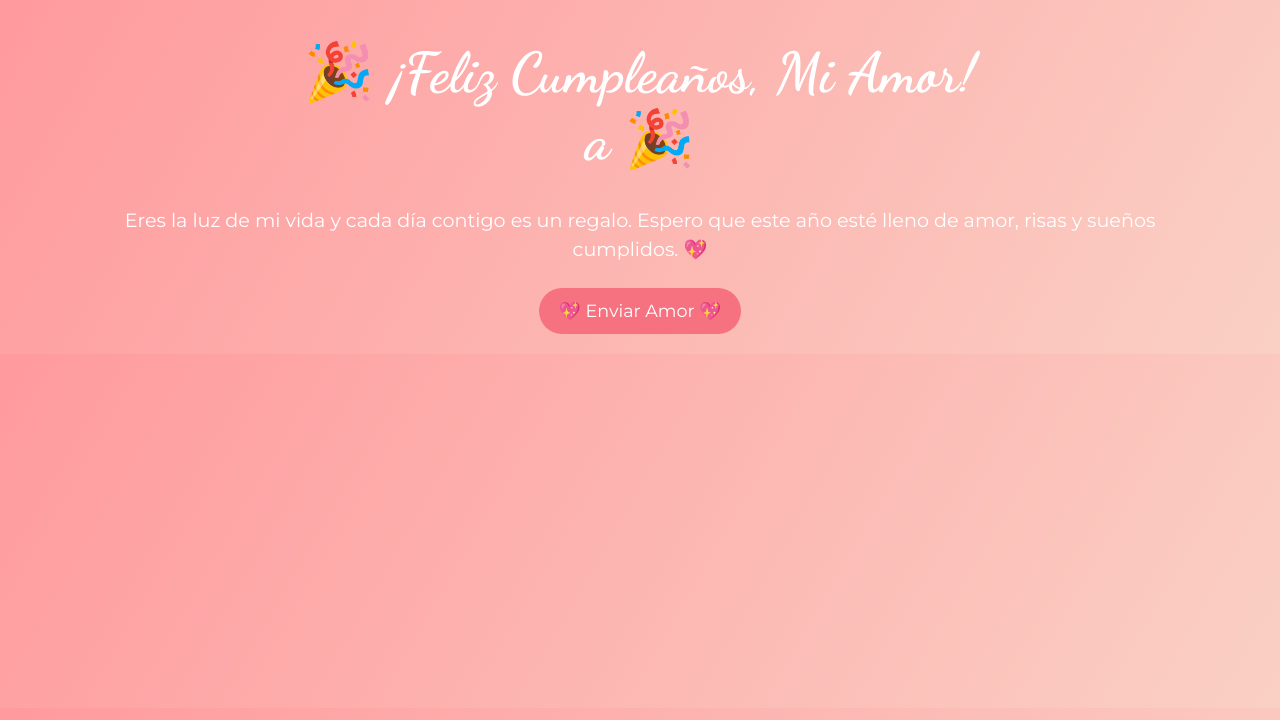
Repository: Jchimbo99/Esposa
Page: index.html
These files come from the project's save history. The page is drawn as it stood at one moment and after the next save; the edit follows.
The browser window is 1280 px wide. The pictures show the whole page.

Above is the page before, as saved 2025-01-24 09:26:14.

### index.html
<!DOCTYPE html>
<html lang="en">
<head>
    <meta charset="UTF-8">
    <meta name="viewport" content="width=device-width, initial-scale=1.0">
    <title>¡Feliz Cumpleaños, Amor!</title>
    <!-- Bootstrap CSS -->
    <link href="https://cdn.jsdelivr.net/npm/bootstrap@5.3.0-alpha3/dist/css/bootstrap.min.css" rel="stylesheet">
    <!-- Google Fonts -->
    <link href="https://fonts.googleapis.com/css2?family=Dancing+Script:wght@700&family=Montserrat:wght@400;700&display=swap" rel="stylesheet">
    <!-- Custom CSS -->
    <style>
        body {
            background: linear-gradient(120deg, #ff9a9e, #fad0c4);
            font-family: 'Montserrat', sans-serif;
            color: #fff;
            text-align: center;
            padding: 20px;
            overflow: hidden;
        }
        h1 {
            font-family: 'Dancing Script', cursive;
            font-size: 3.5rem;
            margin-top: 20px;
        }
        p {
            font-size: 1.2rem;
        }
        .btn-custom {
            background-color: #f67280;
            border: none;
            color: white;
            padding: 10px 20px;
            font-size: 1.1rem;
            border-radius: 50px;
            transition: transform 0.3s, box-shadow 0.3s;
        }
        .btn-custom:hover {
            background-color: #c06c84;
            transform: scale(1.1);
            box-shadow: 0 4px 15px rgba(0, 0, 0, 0.2);
        }
        .heart {
            position: absolute;
            font-size: 2rem;
            animation: floatUp 4s ease-in-out infinite, fadeOut 4s ease-in-out infinite;
            color: #ff6f91;
        }
        @keyframes floatUp {
            0% {
                transform: translateY(0);
            }
            100% {
                transform: translateY(-500px);
            }
        }
        @keyframes fadeOut {
            0% {
                opacity: 1;
            }
            100% {
                opacity: 0;
            }
        }
    </style>
</head>
<body>
    <div class="container">
        <h1>🎉 ¡Feliz Cumpleaños, Mi Amor!
            <br>a 🎉</h1>
        <br>

        <p>Eres la luz de mi vida y cada día contigo es un regalo. Espero que este año esté lleno de amor, risas y sueños cumplidos. 💖</p>
        <div class="mt-4">
            <button class="btn btn-custom" onclick="generateHearts()">💖 Enviar Amor 💖</button>
        </div>
    </div>

    <!-- Bootstrap JS -->
    <script src="https://cdn.jsdelivr.net/npm/bootstrap@5.3.0-alpha3/dist/js/bootstrap.bundle.min.js"></script>
    <!-- Custom JavaScript -->
    <script>
        function generateHearts() {
            const body = document.body;
            for (let i = 0; i < 30; i++) { // Generar 30 corazones
                const heart = document.createElement('div');
                heart.className = 'heart';
                heart.innerHTML = '❤️';
                heart.style.left = Math.random() * 100 + 'vw'; // Posición horizontal aleatoria
                heart.style.animationDelay = Math.random() * 2 + 's'; // Retraso de animación aleatorio
                heart.style.fontSize = Math.random() * 1.5 + 1 + 'rem'; // Tamaño aleatorio
                body.appendChild(heart);

                // Eliminar el corazón después de la animación
                setTimeout(() => {
                    heart.remove();
                }, 4000); // Tiempo igual a la duración de la animación
            }
        }
    </script>
</body>
</html>

After the next save:
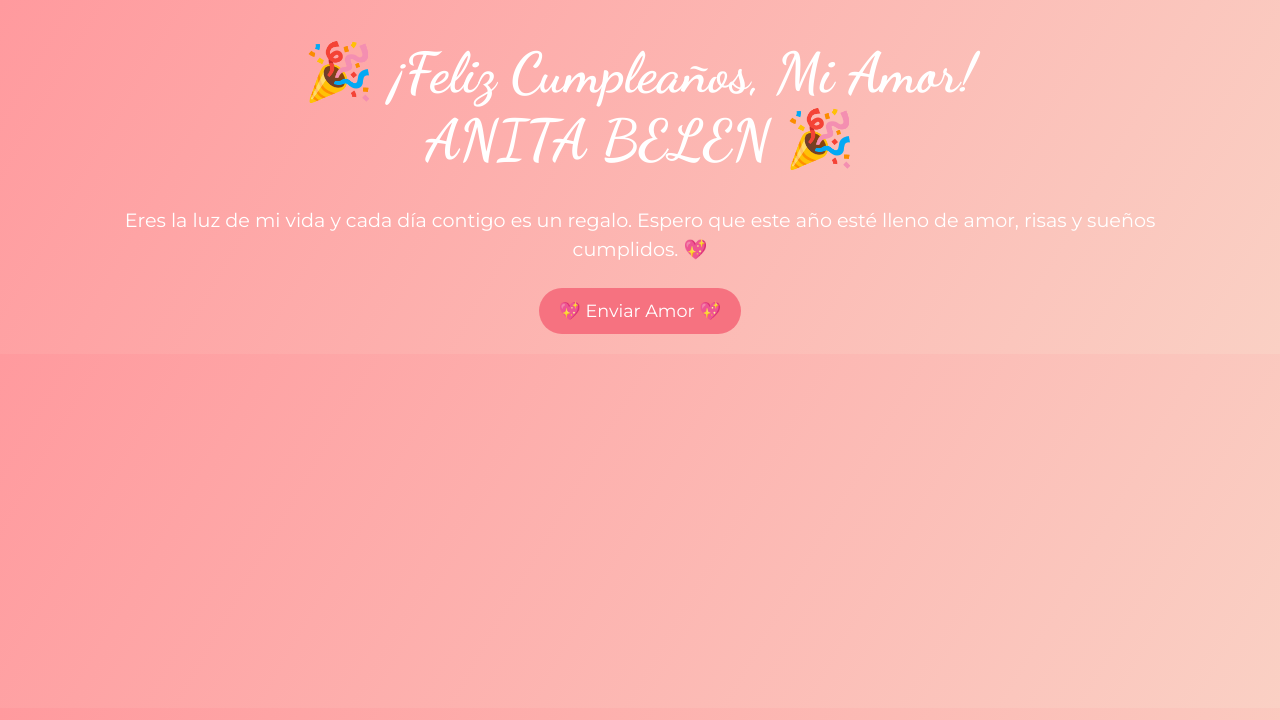
Saved 5 s later.
--- a/index.html
+++ b/index.html
@@ -67,7 +67,7 @@
 <body>
     <div class="container">
         <h1>🎉 ¡Feliz Cumpleaños, Mi Amor!
-            <br>a 🎉</h1>
+            <br>ANITA BELEN 🎉</h1>
         <br>
 
         <p>Eres la luz de mi vida y cada día contigo es un regalo. Espero que este año esté lleno de amor, risas y sueños cumplidos. 💖</p>
